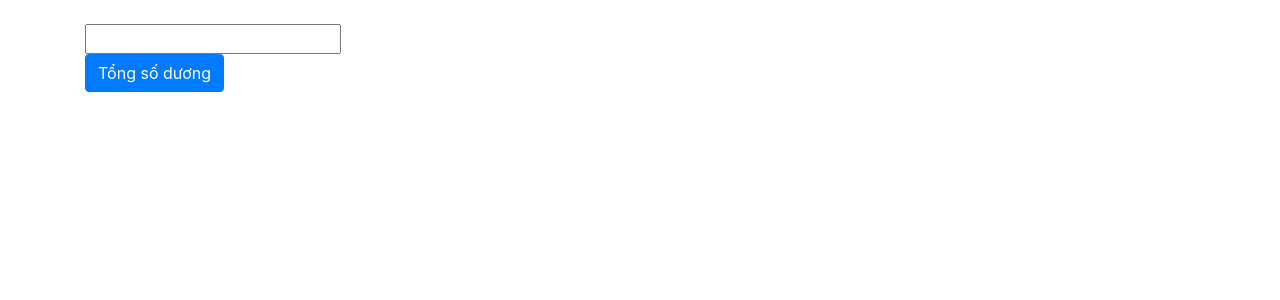
Repository: thanhfrankie/BC10-LeMinhThanh-Js-b7-8
Page: index.html
The author's editor kept a copy of each file at every save. The page is drawn from the files as they stood at one save, then again after the next save.
The browser window is 1280 px wide. The pictures show the whole page.

Above is the page before, as saved 2023-12-27 21:07:57.

### index.html
<!doctype html>
<html lang="en">
  <head>
    <title>Title</title>
    <!-- Required meta tags -->
    <meta charset="utf-8">
    <meta name="viewport" content="width=device-width, initial-scale=1, shrink-to-fit=no">

    <!-- Bootstrap CSS -->
    <link rel="stylesheet" href="https://cdn.jsdelivr.net/npm/bootstrap@4.6.2/dist/css/bootstrap.min.css" integrity="sha384-xOolHFLEh07PJGoPkLv1IbcEPTNtaed2xpHsD9ESMhqIYd0nLMwNLD69Npy4HI+N" crossorigin="anonymous">

  </head>
  <body>
    <div class="container mt-4">
        <input type="text">
        <p>
            <button class="btn btn-primary" type="button" data-toggle="collapse" data-target="#contentId" aria-expanded="false"
                    aria-controls="contentId">
                Tổng số dương
            </button>
          </p>
          <div class="collapse" id="contentId">

          </div>
    </div>




    <!-- Optional JavaScript -->
    <!-- jQuery first, then Popper.js, then Bootstrap JS -->
    <script src="https://cdn.jsdelivr.net/npm/jquery@3.5.1/dist/jquery.slim.min.js" integrity="sha384-DfXdz2htPH0lsSSs5nCTpuj/zy4C+OGpamoFVy38MVBnE+IbbVYUew+OrCXaRkfj" crossorigin="anonymous"></script>
    <script src="https://cdn.jsdelivr.net/npm/popper.js@1.16.1/dist/umd/popper.min.js" integrity="sha384-9/reFTGAW83EW2RDu2S0VKaIzap3H66lZH81PoYlFhbGU+6BZp6G7niu735Sk7lN" crossorigin="anonymous"></script>
    <script src="https://cdn.jsdelivr.net/npm/bootstrap@4.6.2/dist/js/bootstrap.min.js" integrity="sha384-+sLIOodYLS7CIrQpBjl+C7nPvqq+FbNUBDunl/OZv93DB7Ln/533i8e/mZXLi/P+" crossorigin="anonymous"></script>

    <script src="./index.js"></script>
  </body>
</html>

Loaded but not shown: index.js (no copy from this time; the picture is the same without it)

After the next save:
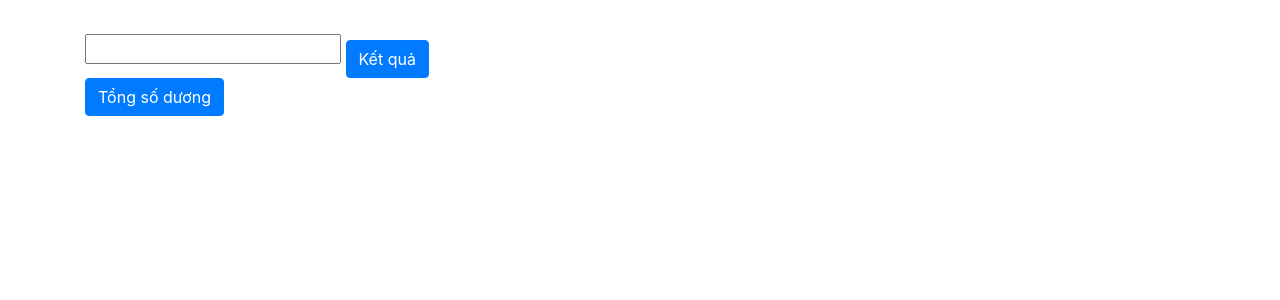
Saved 37 s later.
--- a/index.html
+++ b/index.html
@@ -13,6 +13,14 @@
   <body>
     <div class="container mt-4">
         <input type="text">
+        <button
+        type="button"
+        onclick="tuyenSinh()"
+        class="btn btn-primary mt-3"
+        id="ket-qua-tuyen-sinh"
+      >
+        Kết quả
+      </button>
         <p>
             <button class="btn btn-primary" type="button" data-toggle="collapse" data-target="#contentId" aria-expanded="false"
                     aria-controls="contentId">
